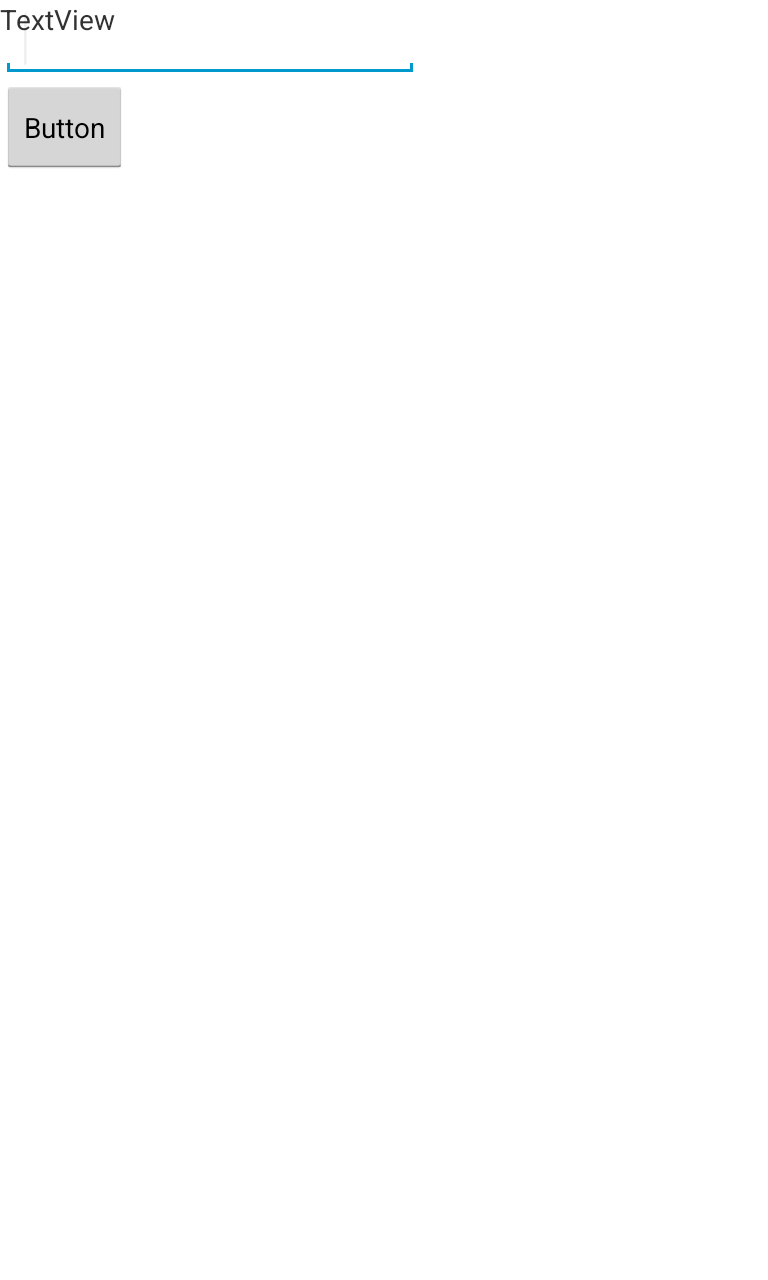
Repository: miguelcamposdev/cursoandroid
Layout: 01 Activities/PasoDeParametros/res/layout/activity_formulario.xml
An editor plug-in stored every save of this project. The layout is shown before and after the next save, followed by the edit.
It is drawn on a 768 x 1280 px phone screen (xhdpi) without system bars, with theme AppTheme; the app's code is not run.

Above is the layout before, as saved 2014-11-13 15:41:03.

### 01 Activities/PasoDeParametros/res/layout/activity_formulario.xml
<RelativeLayout xmlns:android="http://schemas.android.com/apk/res/android"
    android:layout_width="fill_parent"
    android:layout_height="fill_parent" >

    <TextView
        android:id="@+id/textViewIntroduceNombre"
        android:layout_width="wrap_content"
        android:layout_height="wrap_content"
        android:layout_alignParentLeft="true"
        android:layout_alignParentTop="true"
        android:text="TextView" />

    <EditText
        android:id="@+id/editText1"
        android:layout_width="wrap_content"
        android:layout_height="wrap_content"
        android:layout_alignParentLeft="true"
        android:layout_below="@+id/textView1"
        android:ems="10" >

        <requestFocus />
    </EditText>

    <Button
        android:id="@+id/button1"
        style="?android:attr/buttonStyleSmall"
        android:layout_width="wrap_content"
        android:layout_height="wrap_content"
        android:layout_alignParentLeft="true"
        android:layout_below="@+id/editText1"
        android:text="Button" />

</RelativeLayout>

Loaded but not shown: 01 Activities/PasoDeParametros/res/values/styles.xml (common file); 01 Activities/PasoDeParametros/res/values-v11/styles.xml (common file); 01 Activities/PasoDeParametros/res/values-v14/styles.xml (common file)

After the next save:
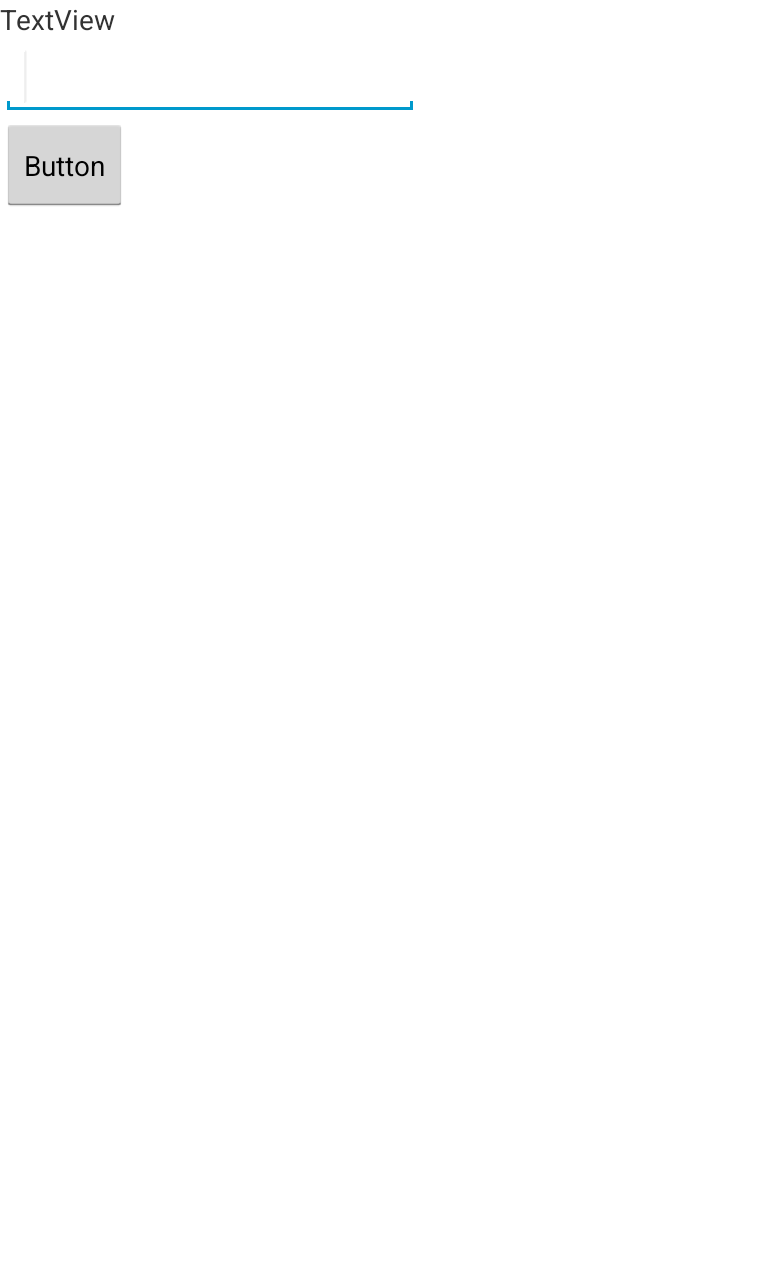
Saved 9 s later.
--- a/01 Activities/PasoDeParametros/res/layout/activity_formulario.xml
+++ b/01 Activities/PasoDeParametros/res/layout/activity_formulario.xml
@@ -15,7 +15,7 @@
         android:layout_width="wrap_content"
         android:layout_height="wrap_content"
         android:layout_alignParentLeft="true"
-        android:layout_below="@+id/textView1"
+        android:layout_below="@+id/textViewIntroduceNombre"
         android:ems="10" >
 
         <requestFocus />
